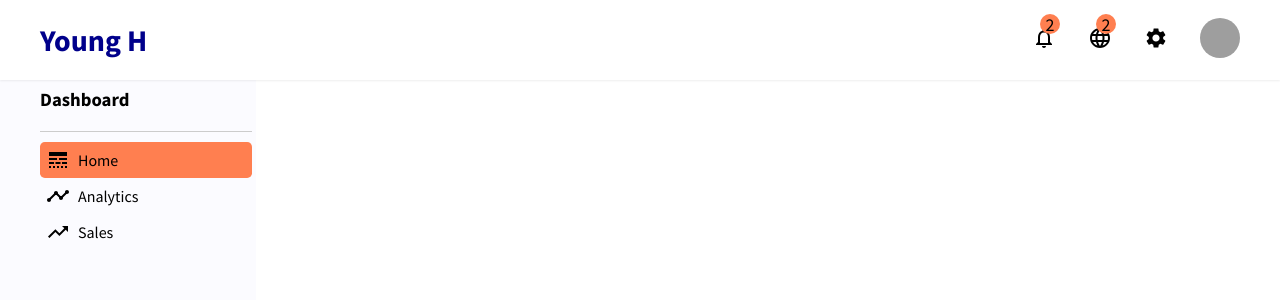
Repository: noname20011/admin
Page: /
These files come from the project's save history. The page is drawn as it stood at one moment and after the next save; the edit follows.
The browser window is 1280 px wide. The pictures show the whole page.
The pointer rests on the first visible `.sidebarListItem`.
Pictures or frames that could not be fetched are drawn as grey boxes. The project was rebuilt for these pictures with package versions that can differ from the ones it lists, and the page was loaded fresh each time.

Above is the page before, as saved 2021-11-13 09:52:41.

### public/index.html
<!DOCTYPE html>
<html lang="en">
  <head>
    <meta charset="utf-8" />
    <link rel="icon" href="%PUBLIC_URL%/favicon.ico" />
    <meta name="viewport" content="width=device-width, initial-scale=1" />
    <meta name="theme-color" content="#000000" />
    <meta
      name="description"
      content="Web site created using create-react-app"
    />
    <!-- GOOGLE FONTS -->
    <link href="https://fonts.googleapis.com/css2?family=Source+Sans+Pro:wght@200;300;400;600;700;900&display=swap" rel="stylesheet">
    <style>
      * {
        font-family: 'Source Sans Pro', sans-serif;
        padding: 0;
        margin: 0;
      }
    </style>
    <title>React Admin App</title>
  </head>
  <body>
    <div id="root"></div>
  </body>
</html>

### src/App.js
import Topbar from "./comopnents/topbar/Topbar";
import Sidebar from "./comopnents/sidebar/Sidebar";
import './app.css'
function App() {
  return (
    <div>
      <Topbar/>
      <div className="container">
        <Sidebar/>
        <div className="other">

        </div>
      </div>
    </div>
  );
}

export default App;

### src/comopnents/topbar/Topbar.jsx
import React from 'react'
import './topbar.css'

import { Language, NotificationsNone, Settings  } from '@material-ui/icons'

export default function Topbar() {
    return (
        <div className="topbar">
            <div className="topbarWrapper">
                <div className="topLeft">
                    <div className="logo">Young H</div>
                </div>
                <div className="topRight">
                    <div className="topbarIconContainer">
                        <NotificationsNone/>
                        <div className="topIconsBadge">2</div>
                    </div>
                    <div className="topbarIconContainer">
                        <Language/>
                        <div className="topIconsBadge">2</div>
                    </div>
                    <div className="topbarIconContainer">
                        <Settings/>
                    </div>
                    <div>
                        <img src="https://images.pexels.com/photos/1526814/pexels-photo-1526814.jpeg?auto=compress&cs=tinysrgb&dpr=2&w=500" alt="admin" className="topAvatar"/>
                    </div>
                </div>
            </div>
        </div>
    )
}

### src/comopnents/sidebar/Sidebar.jsx
import { LineStyle, Timeline, TrendingUp } from '@material-ui/icons'
import React from 'react'
import "./sidebar.css"
export default function Sidebar() {
    return (
        <div className="sidebar">
            <div className="sidebarWrapper">
                <h3 className="sidebarTitle">Dashboard</h3>
                <ul className="sidebarLists">
                    <li className="sidebarListItem">
                        <LineStyle/>
                        Home
                    </li>
                    <li className="sidebarListItem">
                        <Timeline/>
                        Analytics
                    </li>
                    <li className="sidebarListItem">
                        <TrendingUp/>
                        Sales
                    </li>
                </ul>
            </div>
        </div>
    )
}

### src/app.css
ul, li {
    list-style: none;
}

a {
    text-decoration: none;
}

.container {
    display: flex;
}

.other {
    flex: 4;
}

### src/comopnents/topbar/topbar.css
.topbar {
    width: 100%;
    height: 80px;
    background: #fff;
    box-shadow: 0 .5px 2px rgba(0, 0, 0, 0.07);

    position: sticky;
    top: 0;
    z-index: 1000;
}

.topbarWrapper {
    height: 100%;
    padding: 0 40px;
    display: flex;
    justify-content: space-between;
    align-items: center;
}

.logo {
    font-weight: bold;
    font-size: 30px;
    color: darkblue;
    cursor: pointer;
}

.topRight {
    display: flex;
    align-items: center;
    column-gap: 2rem;
}
.topbarIconContainer {
    position: relative;
    cursor: pointer;
}

.topIconsBadge {
    font-size: 18px;
    position: absolute;
    top: -12px;
    right: -4px;

    width: 20px;
    height: 20px;
    background-color: coral;
    border-radius: 50%;

    display: flex;
    place-content: center;
    place-items: center;
}

.topAvatar {
    width: 40px;
    height: 40px;
    object-fit: cover;
    border-radius: 50%;
    cursor: pointer;
}

### src/comopnents/sidebar/sidebar.css
.sidebar {
    flex: 1;
    background-color: rgb(251, 251, 255);
    position: sticky;
    top: 80px;
    height: calc(100vh - 80px);
}

.sidebarWrapper {
    padding: 8px 4px 0 40px;
}

.sidebarTitle {
    padding-bottom: 20px;
    margin-bottom: 10px;
    border-bottom: 1px solid #ccc;
}

.sidebarListItem {
    display: flex;
    align-items: center;
    column-gap: .5rem;
    padding: 6px;
    cursor: pointer;
    border-radius: .3rem;
}

.sidebarListItem:hover {
    background: coral;
}

Loaded but not shown: src/index.js (common file)

After the next save:
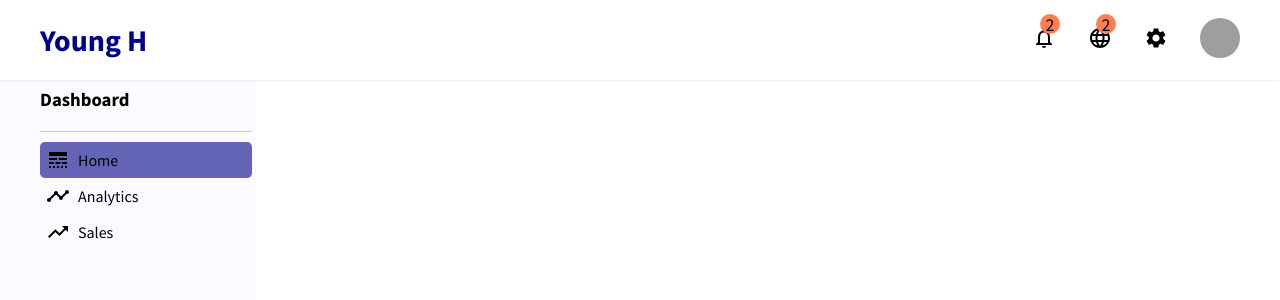
Saved 60 s later.
--- a/src/comopnents/sidebar/sidebar.css
+++ b/src/comopnents/sidebar/sidebar.css
@@ -26,5 +26,5 @@
 }
 
 .sidebarListItem:hover {
-    background: coral;
+    background:rgba(0, 0, 134, 0.6);
 }
